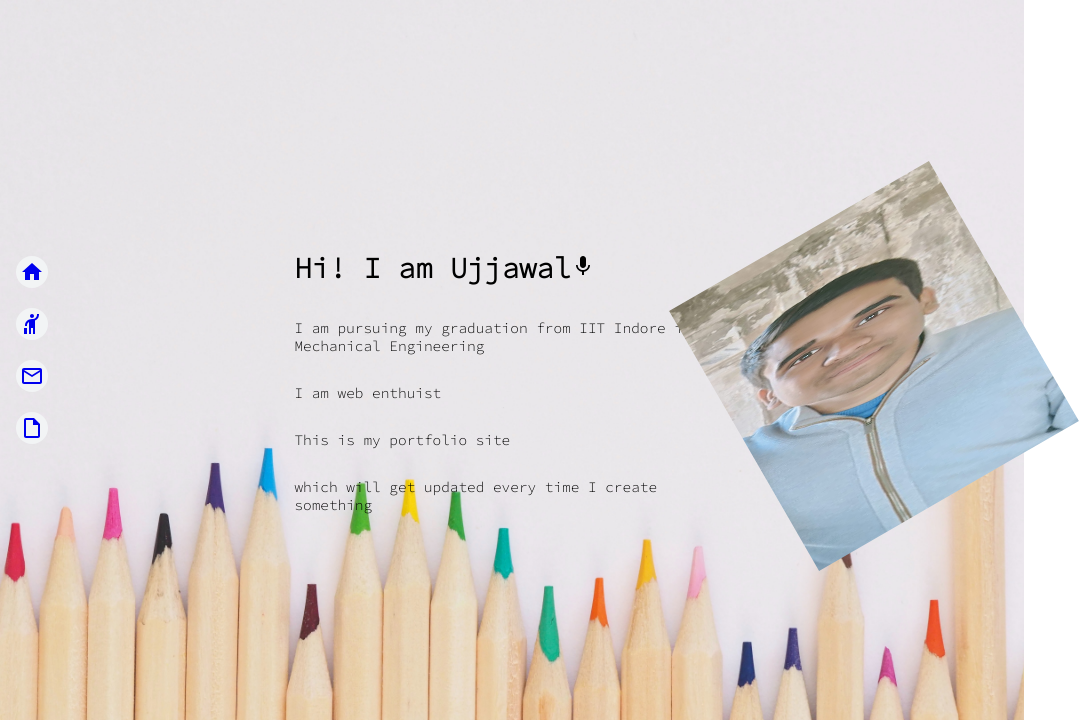
Repository: ujjawalmittal55/portfolio1
Page: /about
An editor plug-in stored every save of this project. The page is shown before and after the next save, followed by the edit.
The browser window is 1024 px wide. The page is 1079 px wide, then 1024 px, so the pictures cover 1079 px, including what lies to the right of the window. The pictures show the whole page.
The project was rebuilt for these pictures with package versions that can differ from the ones it lists, and the page was loaded fresh each time. Also part of the build but not shown: src/display.css, src/Display.tsx, src/document.css, src/Document.jsx, src/contact.css, src/Contact.jsx.

Above is the page before, as saved 2022-05-24 22:56:08.

After the next save:
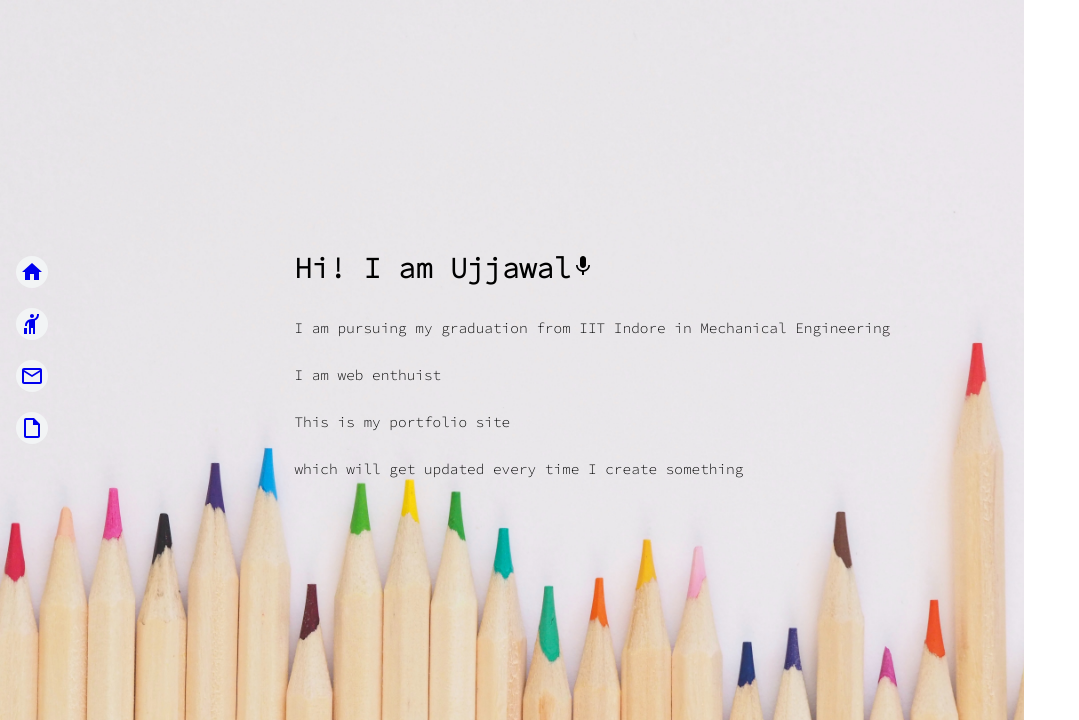
Saved 82 s later.
--- a/src/about.css
+++ b/src/about.css
@@ -14,8 +14,8 @@
   cursor: pointer;
   transform: scale(1.2);
 }
-@media (min-width< 768px) {
+@media screen and (max-width: 1024px) {
   .image {
-    visibility: hidden;
+    display: none !important;
   }
 }
